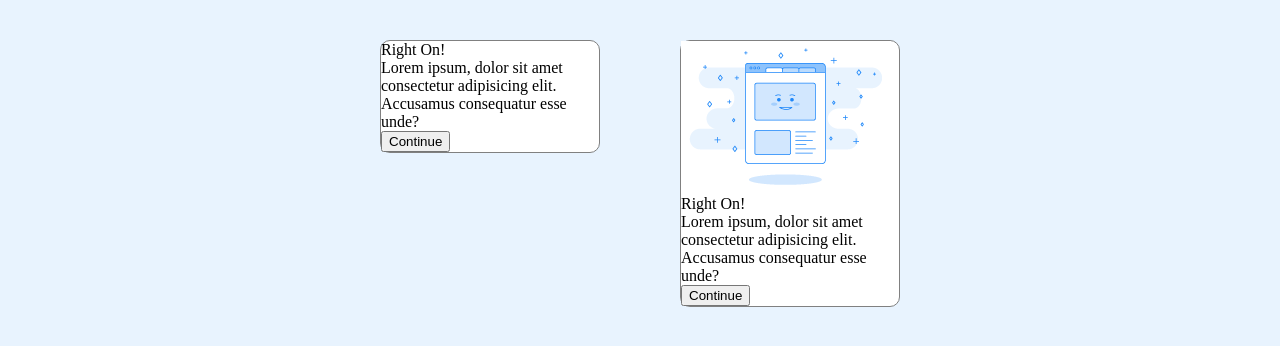
Repository: giahuy405/flash_message_BEM
Page: index.html
The author's editor kept a copy of each file at every save. The page is drawn from the files as they stood at one save, then again after the next save.
The browser window is 1280 px wide. The pictures show the whole page.

Above is the page before, as saved 2022-09-06 02:28:00.

After the next save:
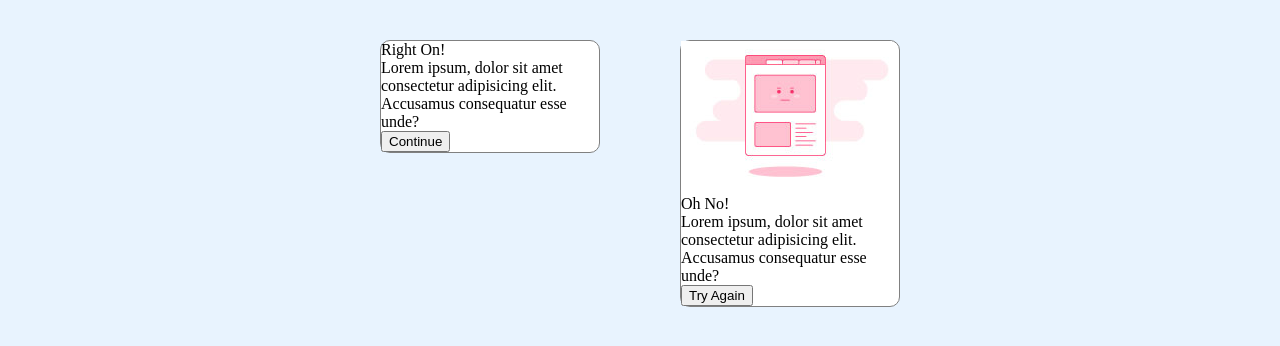
Saved 32 s later.
--- a/index.html
+++ b/index.html
@@ -50,15 +50,15 @@
 
                     <div class="flash-message">
                         <div class="flash-message__img">
-                            <img src="./ui_ux_blue.jpg" alt="">
+                            <img src="./ui_ux_pink.jpg" alt="">
                         </div>
                         <div class="flash-message__title">
-                            Right On!
+                            Oh No!
                         </div>
                         <div class="flash-message__desc">
                             Lorem ipsum, dolor sit amet consectetur adipisicing elit. Accusamus consequatur esse unde?
                         </div>
-                        <button class="flash-message__button">Continue</button>
+                        <button class="flash-message__button">Try Again</button>
                     </div>
 
             </div>
